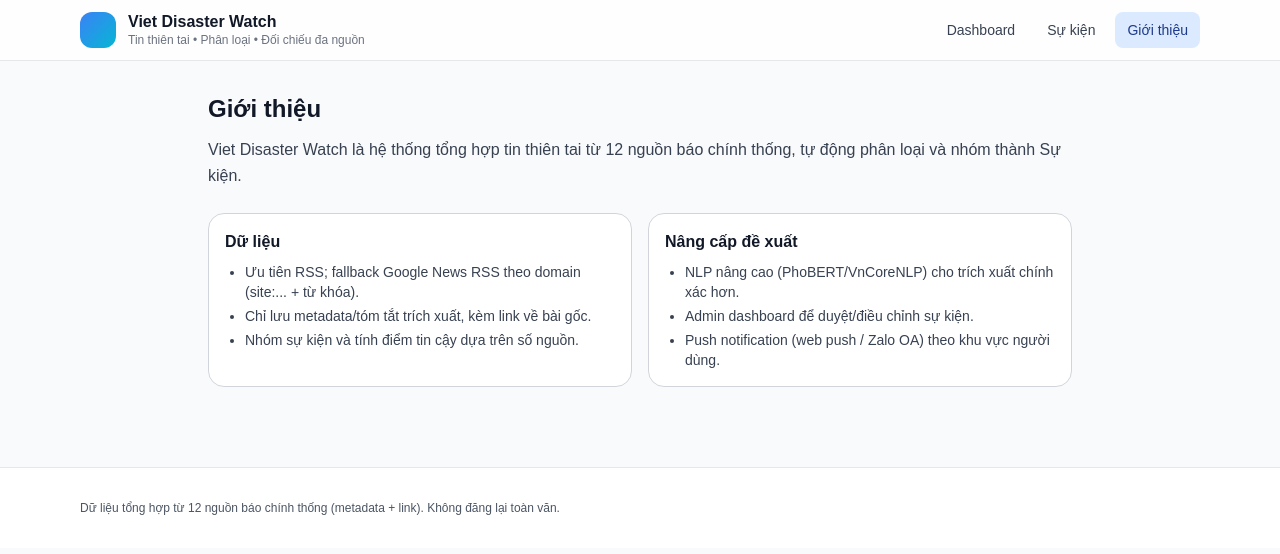
Repository: hoang-hg/vietnam-disaster-watch
Page: /about (app in frontend/)
These files come from the project's save history. The page is drawn as it stood at one moment and after the next save; the edit follows.
The browser window is 1280 px wide. The pictures show the whole page.
The page's requests for data from a server got no answer. The project was rebuilt for these pictures with package versions that can differ from the ones it lists, and the page was loaded fresh each time. No one was signed in, and anything a server would have sent is missing. Also part of the build but not shown: frontend/vite.config.js, frontend/src/api.js, frontend/src/components/StatCard.jsx, frontend/src/components/Badge.jsx, frontend/src/theme.js, frontend/src/components/VietnamMap.jsx, frontend/src/pages/Dashboard.jsx, frontend/src/pages/Events.jsx and 2 more.

Above is the page before, as saved 2025-12-13 21:09:07.

After the next save:
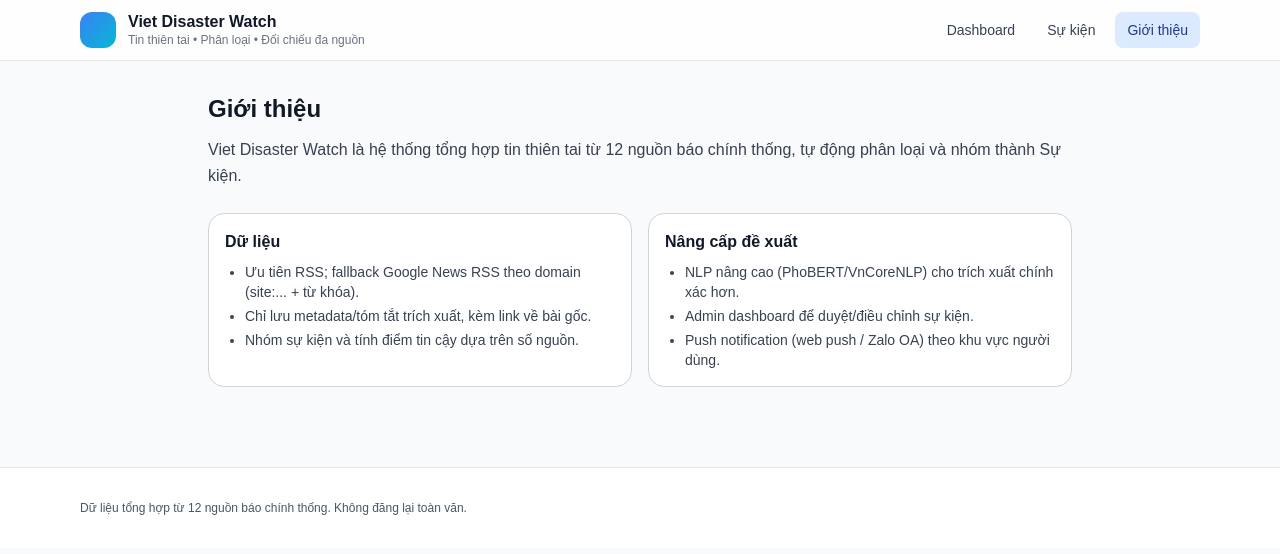
Saved 19 h 5 min later.
--- a/frontend/src/App.jsx
+++ b/frontend/src/App.jsx
@@ -52,7 +52,7 @@ export default function App() {
       </Routes>
       <footer className="border-t border-gray-200 mt-12 bg-white">
         <div className="mx-auto max-w-6xl px-4 py-8 text-xs text-gray-600">
-          Dữ liệu tổng hợp từ 12 nguồn báo chính thống (metadata + link). Không
+          Dữ liệu tổng hợp từ 12 nguồn báo chính thống. Không
           đăng lại toàn văn.
         </div>
       </footer>
